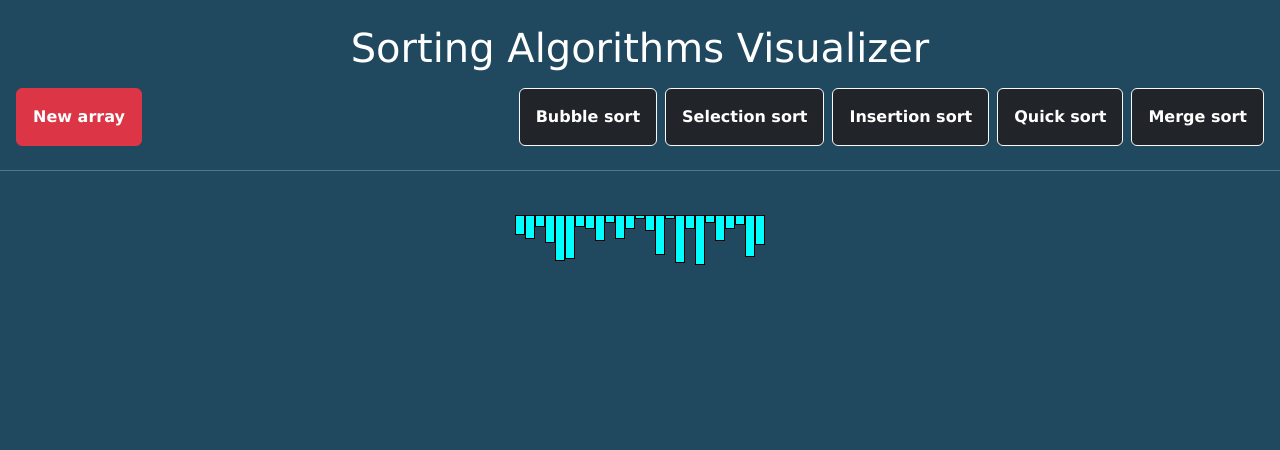
Repository: Vasil1001/Sorting-Algorithms-Visualizer-js
Page: views/index.html
These files come from the project's save history. The page is drawn as it stood at one moment and after the next save; the edit follows.
The browser window is 1280 px wide. The pictures show the whole page.

Above is the page before, as saved 2022-11-03 18:06:06.

After the next save:
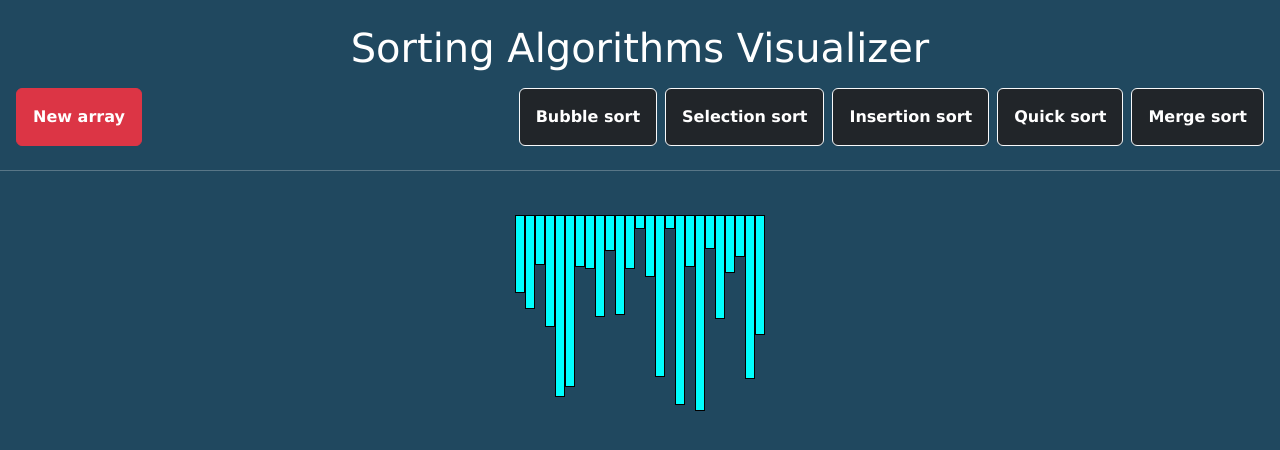
Saved 10 s later.
--- a/sort_algos_js_files/index.js
+++ b/sort_algos_js_files/index.js
@@ -14,7 +14,7 @@ function createBarArray() {
 
     // get a random number and add it to the array until there are 100 in array
     for (numberOfBars = 0; numberOfBars < l; numberOfBars++) {
-        random_array_100.push(Math.round(Math.random() * l));
+        random_array_100.push(Math.round(Math.random() * l * 4));
     }
     // print 100 random numbers of the array
     console.log(random_array_100);
